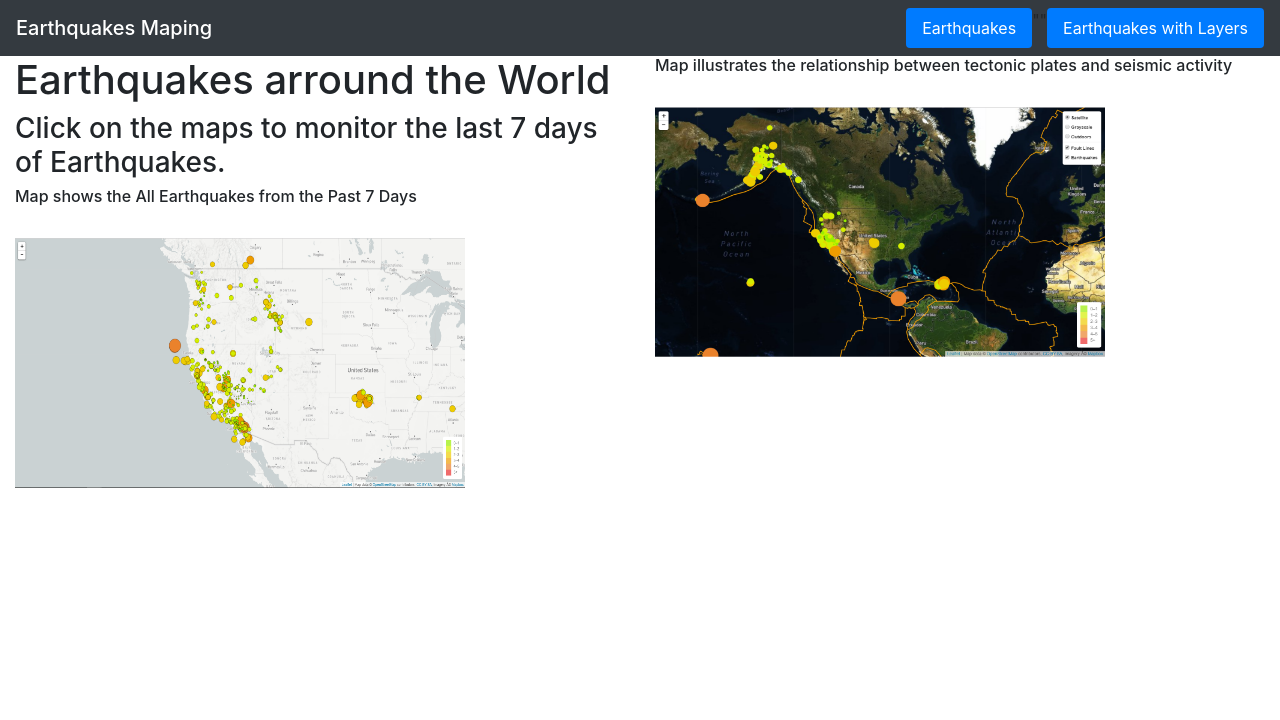
Repository: ermiasgelaye/leaflet-challenge
Page: index.html
These files come from the project's save history. The page is drawn as it stood at one moment and after the next save; the edit follows.
The browser window is 1280 px wide. The pictures show the whole page.

Above is the page before, as saved 2020-09-18 22:37:03.

After the next save:
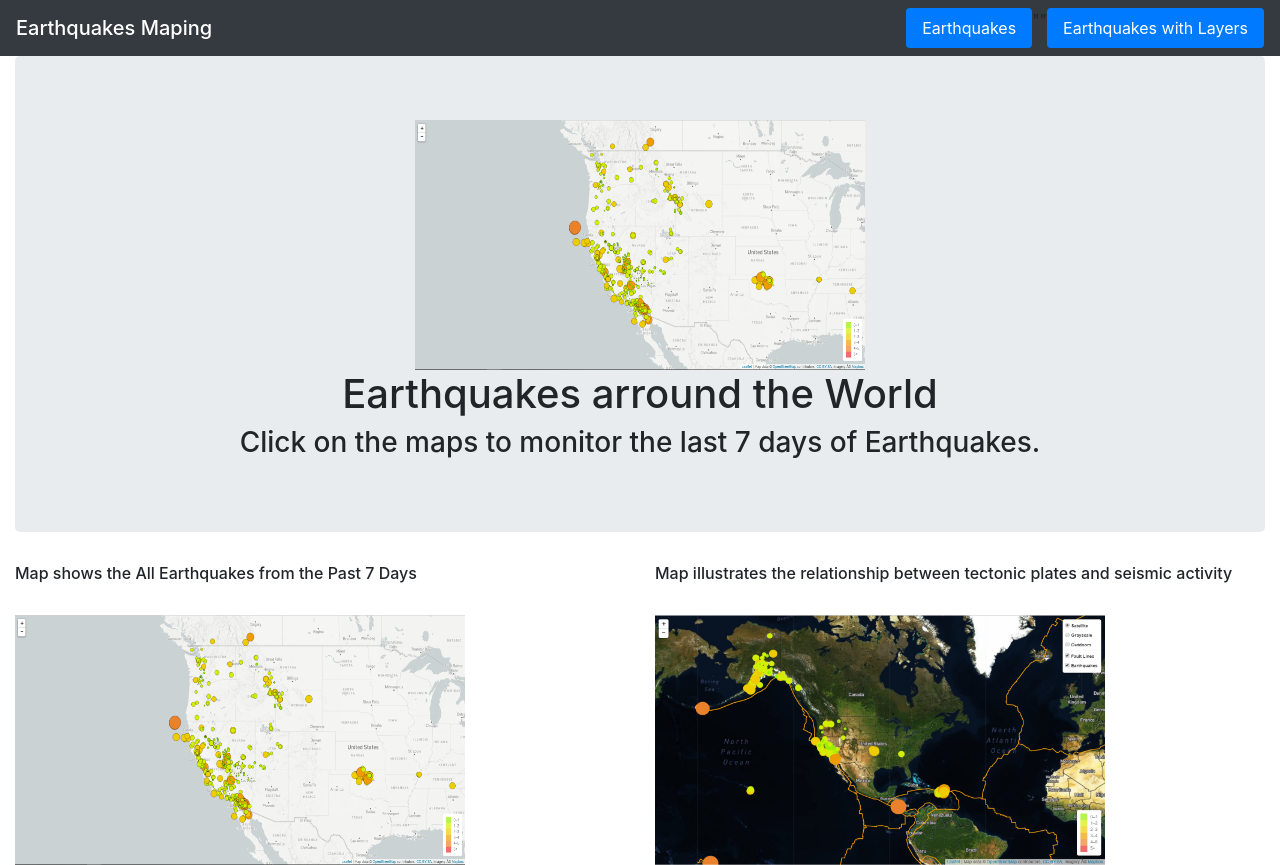
Saved 5 s later.
--- a/index.html
+++ b/index.html
@@ -36,12 +36,15 @@
       </ul>
     </nav>
     <div  class="container-fluid">
+      <div class="jumbotron text-center">
+        <img src="images/2-BasicMap.png"  width="450"height="250" /></a>
+        <h1>Earthquakes arround the World</h1>
+        <h3>
+          Click on the maps to monitor the last 7 days of Earthquakes.
+        </h3>
+      </div>
       <div class="row">
         <div class="col-lg-6">
-                  <h1>Earthquakes arround the World</h1>
-                  <h3>
-                    Click on the maps to monitor the last 7 days of Earthquakes.
-                  </h3>
           <h6>Map shows the All Earthquakes from the Past 7 Days</h6>
           <br />
           <a href="Leaflet-Step-1/step-1.html"
